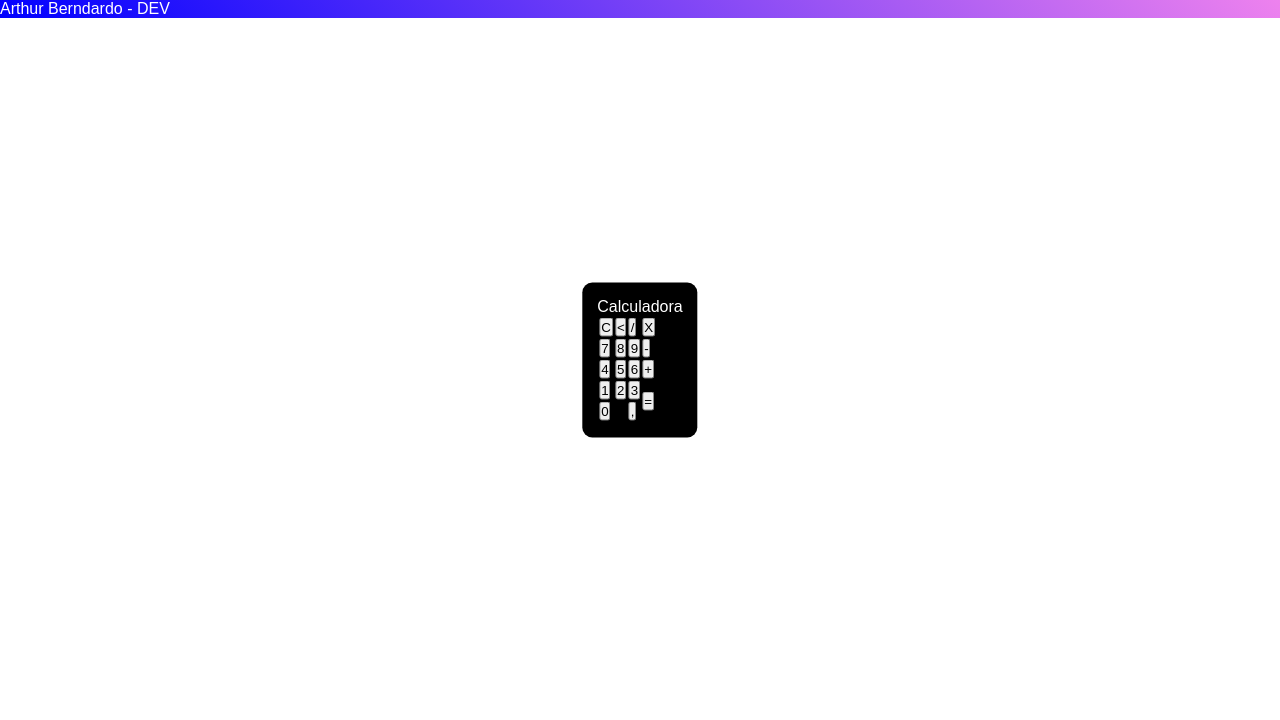
Repository: oThurDev/calculadora
Page: calculadora.html
The author's editor kept a copy of each file at every save. The page is drawn from the files as they stood at one save, then again after the next save.
The browser window is 1280 px wide. The pictures show the whole page.

Above is the page before, as saved 2022-02-25 15:31:26.

### calculadora.html
<!DOCTYPE html>
<html lang="en">
<head>
    <meta charset="UTF-8">
    <meta name="viewport" content="width=device-width, initial-scale=1.0">
    <link rel="stylesheet" href="style_calculadora.css">
    <title>Calculadora</title>
</head>
<body>
    <div class="fundo">
        <span>Arthur Berndardo - DEV</span>
        <div class="calculadora">
            <span>Calculadora</span>
            <p id="resultado"></p>
            <table>
                <tr>
                    <td><button>C</button></td>
                    <td><button><</button></td>
                    <td><button>/</button></td>
                    <td><button>X</button></td>
                </tr>
                <tr>
                    <td><button>7</button></td>
                    <td><button>8</button></td>
                    <td><button>9</button></td>
                    <td><button>-</button></td>
                </tr>
                <tr>
                    <td><button>4</button></td>
                    <td><button>5</button></td>
                    <td><button>6</button></td>
                    <td><button>+</button></td>
                </tr>
                <tr>
                    <td><button>1</button></td>
                    <td><button>2</button></td>
                    <td><button>3</button></td>
                    <td rowspan="2"><button>=</button></td>
                </tr>
                <tr>
                    <td colspan="2"><button>0</button></td>
                    <td><button>,</button></td>
                </tr>
            </table>
        </div>
    </div>
</body>
</html>

### style_calculadora.css
*{
    margin: 0;
    padding: 0;
}

.fundo{
    background-image: linear-gradient(45deg, blue, violet);
    height: 100%;
    color: white;
    font-family: Arial, Helvetica, sans-serif;
}

.calculadora{
    position: absolute;
    background-color: black;
    top: 50%;
    left: 50%;
    transform: translate(-50%, -50%);
    border-radius: 10px;
    padding: 15px;
}

After the next save:
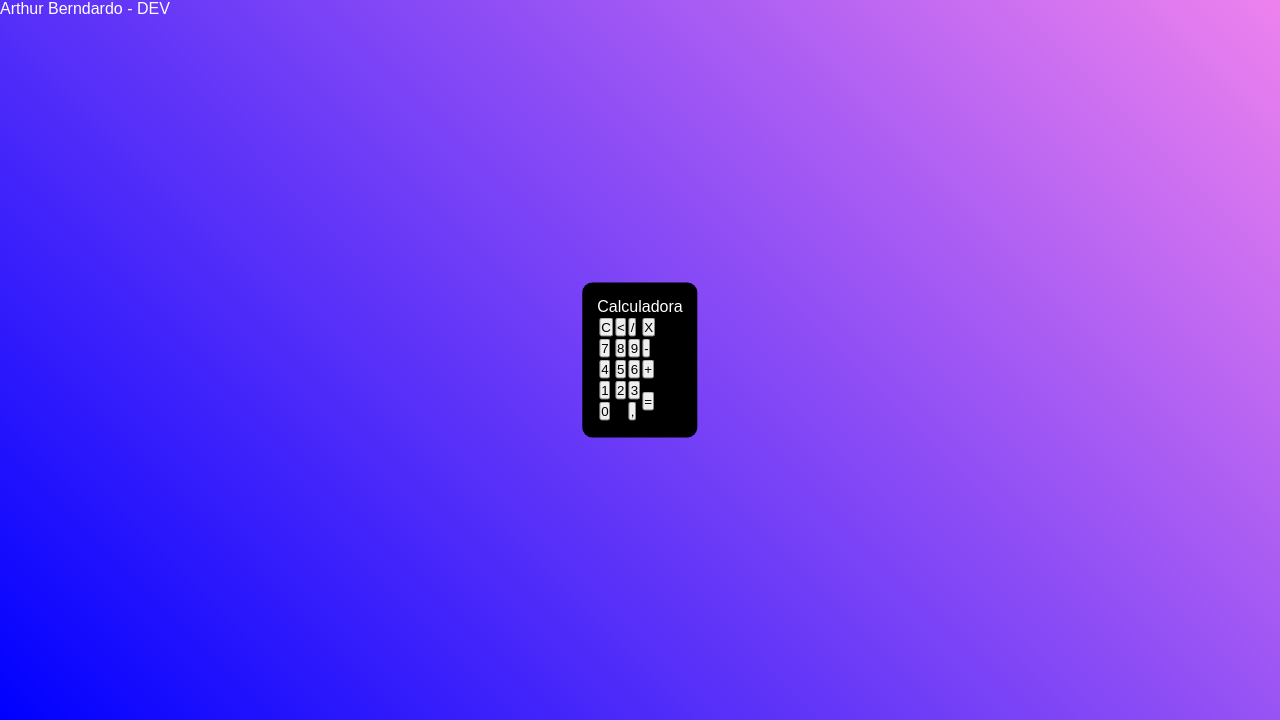
Saved 32 s later.
--- a/style_calculadora.css
+++ b/style_calculadora.css
@@ -5,7 +5,7 @@
 
 .fundo{
     background-image: linear-gradient(45deg, blue, violet);
-    height: 100%;
+    height: 100vh;
     color: white;
     font-family: Arial, Helvetica, sans-serif;
 }
